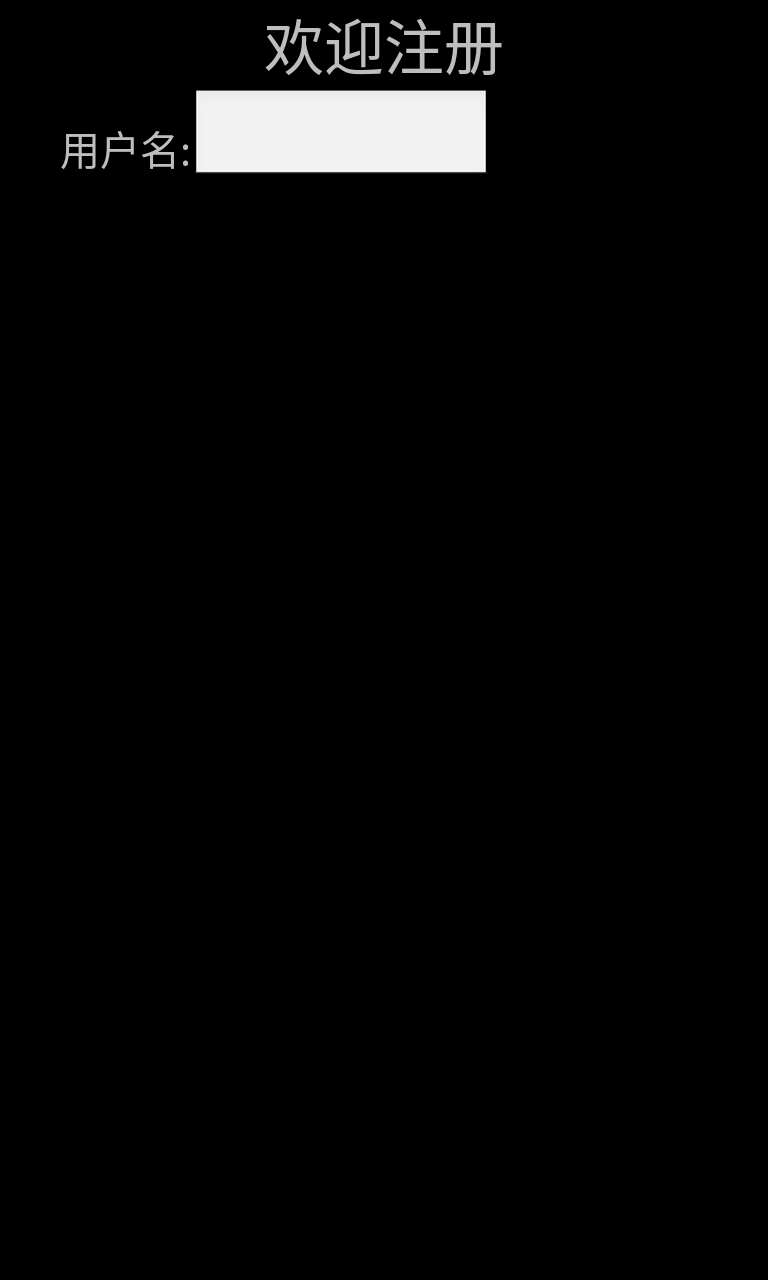
Repository: jcyfkimi/Android-TaoTao
Layout: TaoTao/res/layout/reg.xml
An editor plug-in stored every save of this project. The layout is shown before and after the next save, followed by the edit.
It is drawn on a 768 x 1280 px phone screen (xhdpi) without system bars, with theme android:Theme; the app's code is not run.

Above is the layout before, as saved 2011-09-13 07:10:07.

### TaoTao/res/layout/reg.xml
<?xml version="1.0" encoding="utf-8"?>
<LinearLayout
  xmlns:android="http://schemas.android.com/apk/res/android"
  android:orientation="vertical"
  android:layout_width="match_parent"
  android:layout_height="match_parent">
    <TextView android:layout_width="wrap_content"
    	android:layout_height="wrap_content"
    	android:layout_gravity="center_horizontal"
    	android:text="@string/regtitle"
    	android:textSize="30dip"/>

	<LinearLayout
	  xmlns:android="http://schemas.android.com/apk/res/android"
	  android:orientation="horizontal"
	  android:layout_width="wrap_content"
	  android:layout_height="wrap_content">
	  <TextView android:layout_width="wrap_content"
	  	android:layout_height="wrap_content"
	  	android:layout_marginLeft="30dip"
	  	android:layout_marginTop="10dip"
	  	android:text="@string/reguname"
	  	android:textSize="20dip"/>
	  <EditText android:id="@+id/regname"
	  	android:layout_width="150dip"
	  	android:layout_height="wrap_content"/>
	  </LinearLayout>
</LinearLayout>

### TaoTao/res/values/strings.xml
<?xml version="1.0" encoding="utf-8"?>
<resources>
    <string name="app_name">TaoTao</string>
    <string name="logintext">用户名:</string>
    <string name="passtext">密    码:</string>
    <string name="forgetpass">忘记密码?</string>
    <string name="btnlogin">登录</string>
    <string name="btnreg">注册</string>
    <string name="regtitle">欢迎注册</string>
    <string name="reguname">用户名:</string>
    <string name="regpass">密码:</string>
    <string name="regpasscfm">确认密码:</string>
    <string name="indexhead">淘淘购物</string>
</resources>

After the next save:
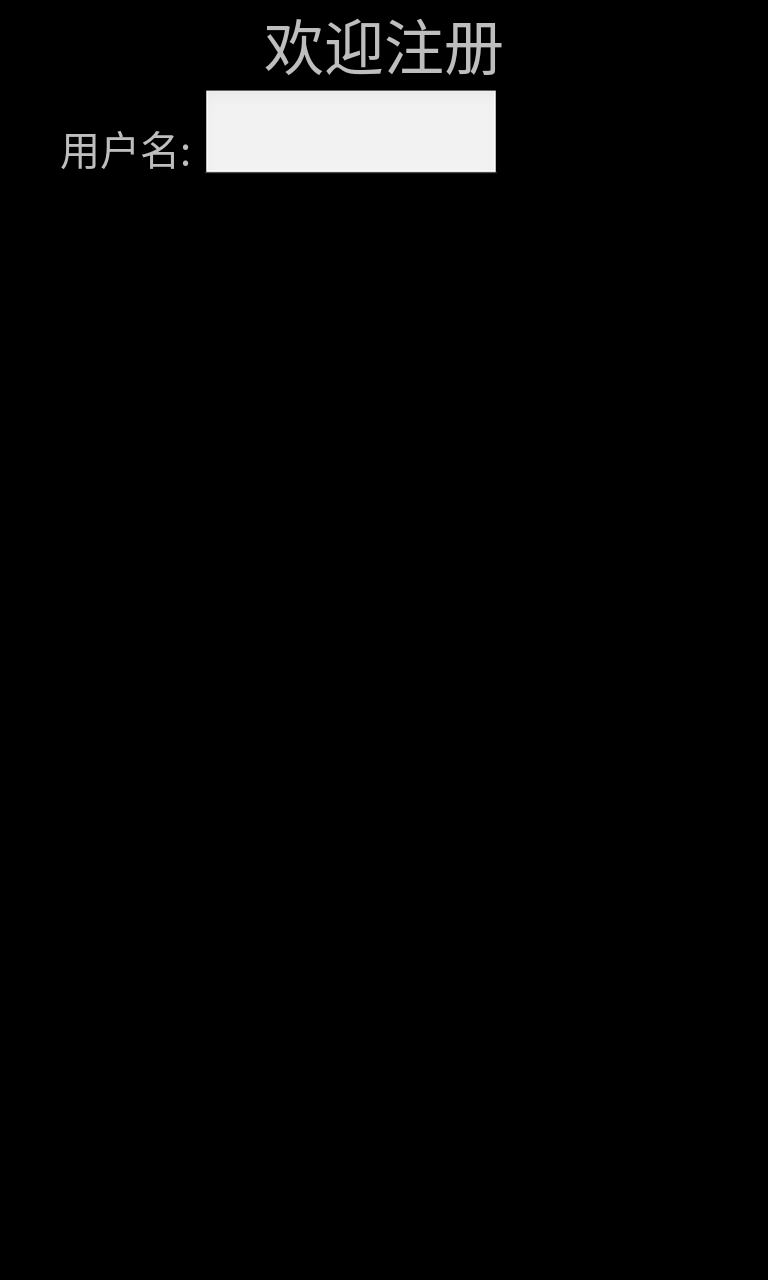
Saved 18 s later.
--- a/TaoTao/res/layout/reg.xml
+++ b/TaoTao/res/layout/reg.xml
@@ -23,6 +23,7 @@
 	  	android:textSize="20dip"/>
 	  <EditText android:id="@+id/regname"
 	  	android:layout_width="150dip"
-	  	android:layout_height="wrap_content"/>
+	  	android:layout_height="wrap_content"
+	  	android:layout_marginLeft="5dip"/>
 	  </LinearLayout>
 </LinearLayout>
